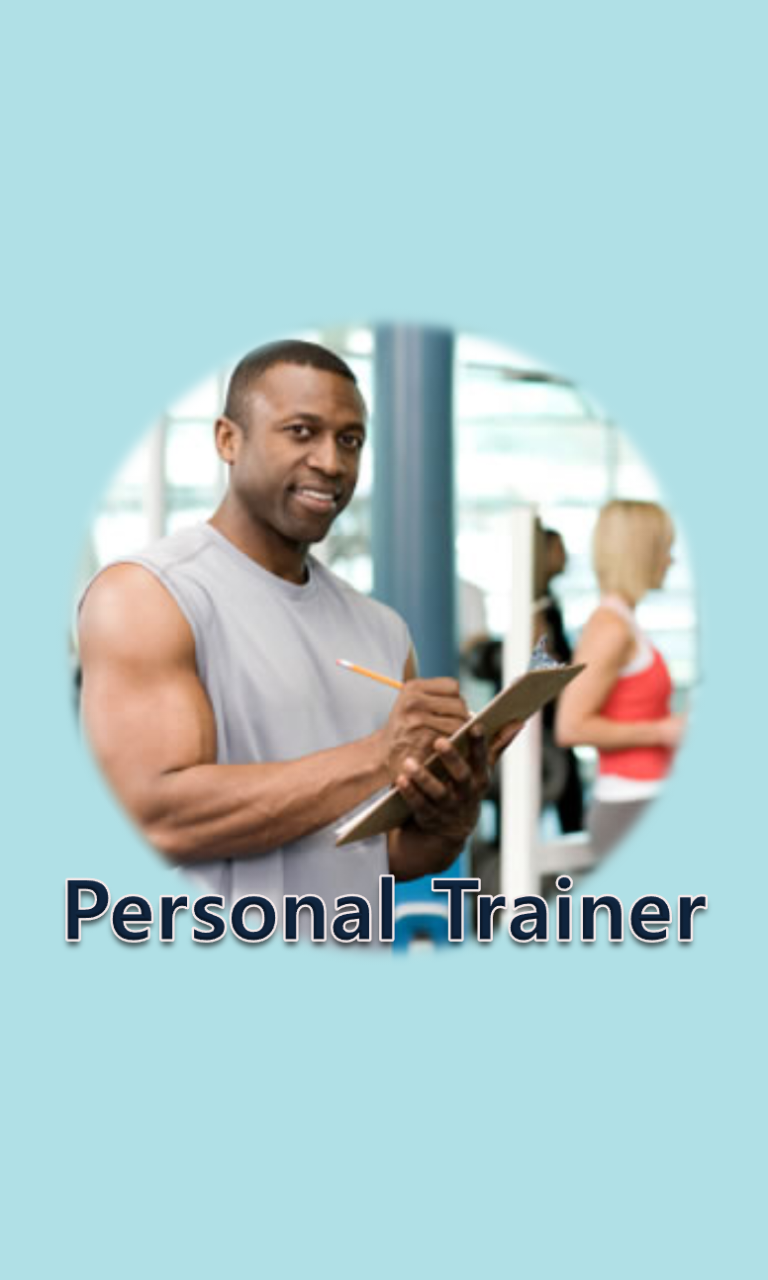
Repository: LewisLim579/2013TeamProject
Layout: PtsApp/res/layout/loading.xml
The author's editor kept a copy of each file at every save. The layout is drawn from the files as they stood at one save, then again after the next save.
It is drawn on a 768 x 1280 px phone screen (xhdpi) without system bars, with theme AppTheme; the app's code is not run.

Above is the layout before, as saved 2013-05-21 16:23:35.

After the next save:
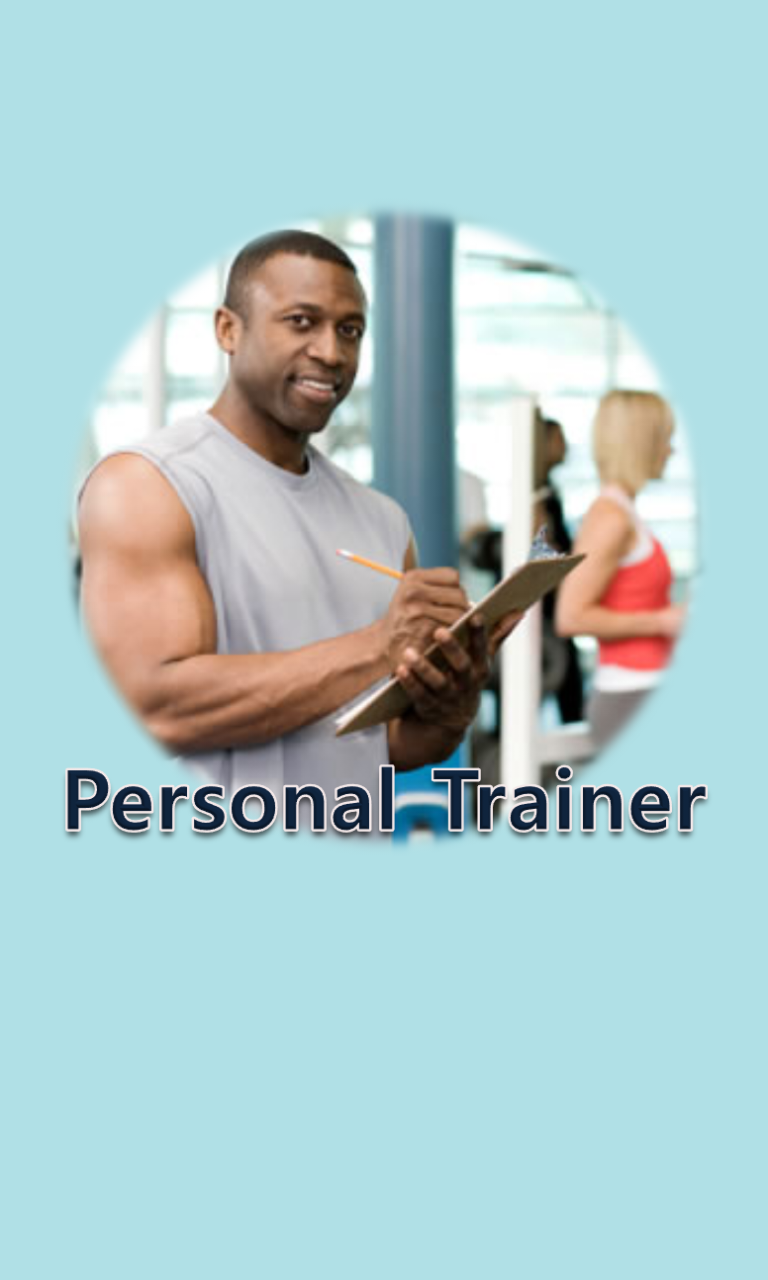
Saved 3 min 5 s later.
--- a/PtsApp/res/layout/loading.xml
+++ b/PtsApp/res/layout/loading.xml
@@ -8,8 +8,7 @@
     <ImageView
         android:id="@+id/imageView2"
         android:layout_width="wrap_content"
-        android:layout_height="560dp"
-        android:layout_alignParentBottom="true"
+        android:layout_height="530dp"
         android:layout_alignParentLeft="true"
         android:layout_alignParentTop="true"
         android:src="@drawable/main" />
